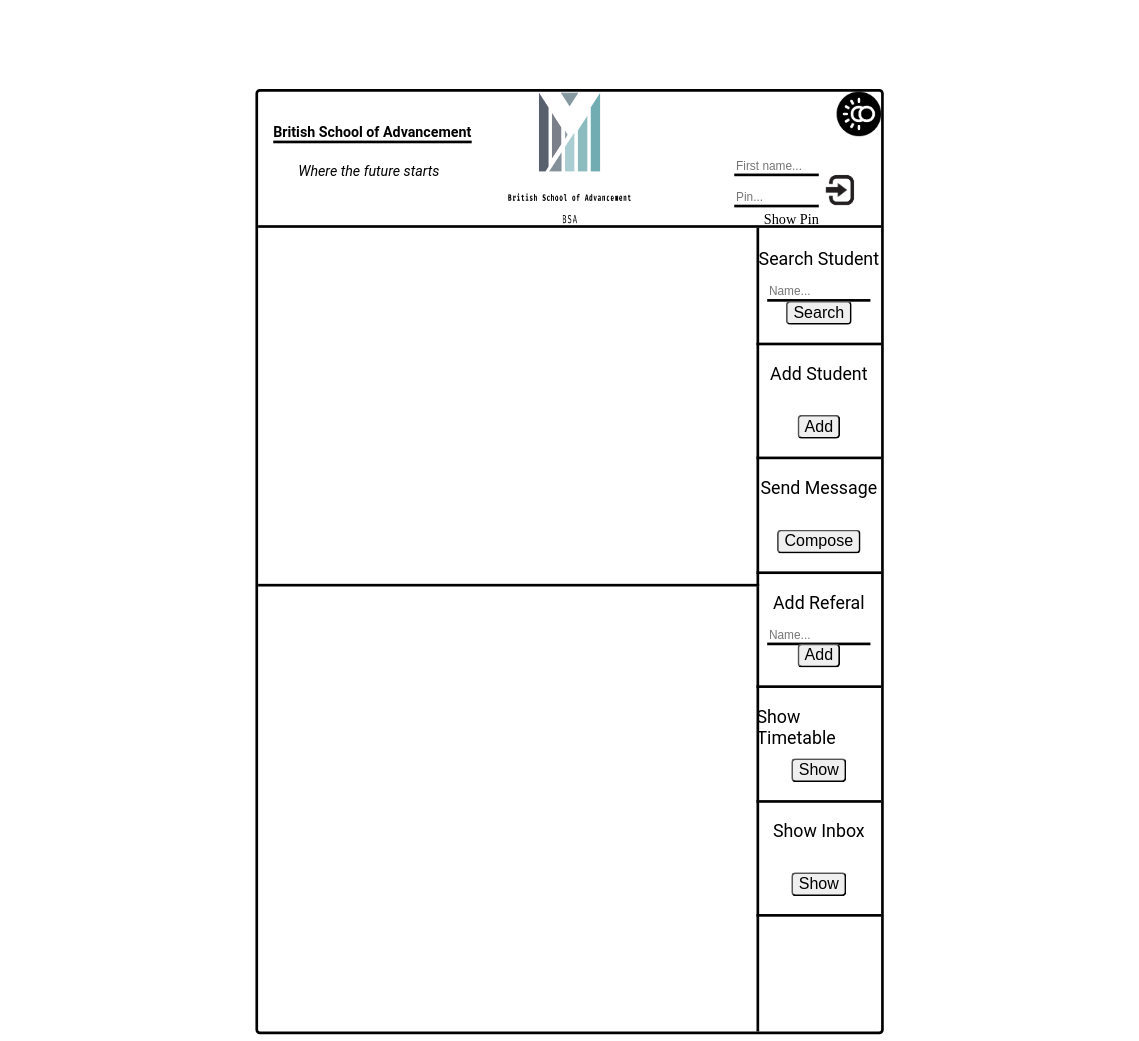
Repository: ghend99/Guardian-Application
Page: index.html
The author's editor kept a copy of each file at every save. The page is drawn from the files as they stood at one save, then again after the next save.
The browser window is 1280 px wide. The pictures show the whole page, at 89% of full size.

Above is the page before, as saved 2023-06-06 18:50:17.

### index.html
<!DOCTYPE html>
<html lang="en">
  <head>
    <meta charset="UTF-8" />
    <meta http-equiv="X-UA-Compatible" content="IE=edge" />
    <meta name="viewport" content="width=device-width, initial-scale=1.0" />
    <title>School Application</title>
    <link rel="stylesheet" href="style.css" />
    <link rel="icon" type="image/x-icon" href="./images/favicon.png" />
  </head>
  <body>
    <div id="main-container">
      <div id="header-container">
        <div id="header-container-left-section">
          <p id="header-school-name" class="page-headers">
            British School of Advancement
          </p>
          <p id="header-school-slogan" class="page-headers">
            Where the future starts
          </p>
        </div>
        <div id="header-container-middle-section">
          <img class="header-middle-section-logo" src="./images/logo.png" />
        </div>
        <div id="header-container-right-section">
          <input
            id="header-login-input-fullname"
            class="login-input-fullname login-input input"
            type="text"
            placeholder="First name..."
          />
          <input
            id="header-login-input-pin"
            class="login-input-pin login-input input"
            placeholder="Pin..."
            type="password"
          />
          <p id="show-pin-header">Show Pin</p>
          <img
            id="header-login-button"
            class="login-button"
            src="./images/login-button.png"
          />
          <img class="header-dark-mode-toggle" src="./images/dark-mode.png" />
          <img class="login-modal-open" src="./images/login.png" />
        </div>
      </div>
      <div id="sidebar-container">
        <div id="sidebar-link-container1" class="sidebar-link-container">
          <p class="sidebar-link-header page-headers">Search Student</p>
          <input class="sidebar-input input" placeholder="Name..." />
          <button class="sidebar-search-button submit-button">Search</button>
        </div>
        <div id="sidebar-link-container2" class="sidebar-link-container">
          <p class="sidebar-link-header page-headers">Add Student</p>
          <button id="add-student" class="sidebar-search-button submit-button">
            Add
          </button>
        </div>
        <div id="sidebar-link-container3" class="sidebar-link-container">
          <p class="sidebar-link-header page-headers">Send Message</p>
          <button
            id="compose-message-open"
            class="sidebar-search-button submit-button"
          >
            Compose
          </button>
        </div>
        <div id="sidebar-link-container4" class="sidebar-link-container">
          <p class="sidebar-link-header page-headers">Add Referal</p>
          <input
            id="add-referal-fullname"
            class="sidebar-input input"
            placeholder="Name..."
          />
          <button id="add-referal" class="sidebar-search-button submit-button">
            Add
          </button>
        </div>
        <div id="sidebar-link-container5" class="sidebar-link-container">
          <p
            id="show-timetable-heading"
            class="sidebar-link-header page-headers"
          >
            Show Timetable
          </p>
          <button
            id="timetable-open"
            class="sidebar-search-button submit-button"
          >
            Show
          </button>
        </div>
        <div id="sidebar-link-container6" class="sidebar-link-container">
          <p class="sidebar-link-header page-headers">Show Inbox</p>
          <button id="inbox-open" class="sidebar-search-button submit-button">
            Show
          </button>
        </div>
        <div id="sidebar-link-container7" class="sidebar-link-container">
          <p class="sidebar-link-header page-headers">Update Timetable</p>
          <button
            id="update-timetable"
            class="sidebar-search-button submit-button"
          >
            Show
          </button>
        </div>
      </div>
      <img id="sidebar-open" src="./images/menu.png" />
      <img id="sidebar-close" src="./images/menu.png" />

      <div id="student-information-container">
        <h1
          id="student-information-name-header"
          class="student-information page-headers"
        >
          Student Name:
        </h1>
        <h3 class="student-information student-information-general-header">
          General Information
        </h3>
        <p id="student-information-first-name" class="student-information">
          First Name:
        </p>
        <p id="student-information-last-name" class="student-information">
          Last Name:
        </p>
        <p id="student-information-year" class="student-information">
          Year Group:
        </p>
        <p id="student-information-referals" class="student-information">
          Referals:
        </p>
        <p id="password-reset" class="student-information">Reset Password</p>
      </div>

      <div id="student-management-container">
        <p class="student-management-heading"></p>
        <img id="student-management-close" src="./images/close.png" />
        <div id="timetable-container"></div>
        <div id="inbox-container">
          <div id="inbox-header">
            <p class="inbox-header-header">Date</p>
            <p class="inbox-header-header">Sender</p>
            <p class="inbox-header-header">Reciever</p>
            <p class="inbox-header-header">Subject</p>
            <p class="inbox-header-header">Message</p>
          </div>
          <div id="inbox-line">
            <p></p>
            <p></p>
            <p></p>
            <p></p>
            <p></p>
          </div>
        </div>
      </div>
    </div>

    <div id="login-modal-container">
      <h1 class="login-modal-header modal-header page-headers">Login</h1>
      <img
        id="login-modal-close"
        class="modal-close"
        src="./images/close.png"
      />
      <input
        id="login-modal-fullname"
        class="login-input-fullname login-modal-input input"
        type="text"
        placeholder="Full name..."
      />
      <input
        id="login-modal-pin"
        class="login-input-pin login-modal-input input"
        type="number"
        placeholder="Pin..."
      />
      <p id="login-modal-show-pin">Show Pin</p>
      <input id="login-modal-submit" class="submit-button" type="submit" />
    </div>

    <div id="create-account-container">
      <p id="create-account-header" class="modal-header page-headers">
        Add Student Details
      </p>
      <img
        id="create-account-close"
        class="modal-close"
        src="./images/close.png"
      />
      <input
        id="create-account-first-name"
        class="create-account-input input"
        placeholder="First name..."
      />
      <input
        id="create-account-last-name"
        class="create-account-input input"
        placeholder="Last name..."
      />
      <input
        id="create-account-year"
        class="create-account-input input"
        placeholder="Year..."
      />
      <input
        id="create-account-pin"
        class="create-account-input input"
        placeholder="Year..."
      />

      <input
        id="create-account-repin"
        class="create-account-input input"
        placeholder="Year..."
      />
      <input id="create-account-submit" class="submit-button" type="submit" />
    </div>

    <div id="compose-message-container" class="">
      <p id="compose-message-header" class="modal-header">Compose Message</p>
      <img
        id="compose-message-close"
        class="modal-close"
        src="./images/close.png"
      />
      <input
        id="compose-message-reciever"
        class="compose-message-input input"
        type="text"
        placeholder="Reciever..."
      />
      <input
        id="compose-message-title"
        class="compose-message-input input"
        type="text"
        placeholder="Subject..."
      />
      <textarea
        id="compose-message-text-area"
        placeholder="Message..."
      ></textarea>
      <input id="compose-message-submit" class="submit-button" type="submit" />
    </div>

    <div id="password-reset-container">
      <p id="password-reset-header" class="modal-header page-headers">
        Pin Reset
      </p>
      <img
        id="password-reset-close"
        class="modal-close"
        src="./images/close.png"
      />
      <input
        id="password-reset-old"
        class="password-reset-input input"
        type="number"
        placeholder="Old Pin..."
      />
      <input
        id="password-reset-new"
        class="password-reset-input input"
        type="number"
        placeholder="New Pin..."
      />
      <input
        id="password-reset-new-retype"
        class="password-reset-input input"
        type="number"
        placeholder="New Pin..."
      />
      <input id="password-reset-submit" class="submit-button" type="submit" />
    </div>
    <script src="functions.js"></script>
    <script src="elements.js"></script>
    <script src="buttons.js"></script>
    <script src="message.js"></script>
    <script src="timetable.js"></script>
  </body>
</html>

### style.css
button {
  cursor: pointer;
}

.input {
  background-color: transparent;
  text-decoration: none;
  border: none;
  border-bottom: solid;
  outline: none;
}

.page-headers {
  font-family: "Roboto", Arial;
}

.modal-header {
  font-size: 30px;
  font-weight: bold;
  margin-top: 10px;
}

.dark-mode {
  background-color: black;
  color: white;
  border: solid;
  border-radius: 5px;
}

.input-dark-mode {
  color: white;
  border-color: white;
}

.button-dark-mode {
  color: white;
  background-color: black;
}

#main-container {
  position: relative;
  left: 50%;
  transform: translate(-50%);
  max-width: 50%;
  min-width: 700px;
  max-height: 1200px;
  min-height: 1000px;
  margin-top: 100px;
  border: solid;
  border-radius: 5px;
}

#header-container {
  display: grid;
  grid-template-columns: 1fr 1fr 1fr;
  grid-template-rows: 1fr;
  max-height: 200px;
  min-height: 150px;
  width: 100%;
  border-bottom: solid;
}

#header-school-name {
  position: absolute;
  top: 20px;
  left: 17px;
  font-size: clamp(1rem, 1vw, 2rem);
  font-weight: bold;
  border-bottom: solid;
}

#header-school-slogan {
  position: absolute;
  top: clamp(5%, 70px, 80px);
  left: clamp(45px, 5%, 70px);
  font-size: clamp(0.9rem, 1.5vw, 1rem);
  margin-top: 10px;
  font-style: italic;
}

#header-container-middle-section {
  display: flex;
  justify-content: center;
}

.header-middle-section-logo {
  width: 60%;
}

#header-login-input-fullname {
  position: absolute;
  top: 75px;
  width: 13%;
  right: 10%;
}

#header-login-input-pin {
  position: absolute;
  top: 110px;
  width: 13%;
  right: 10%;
}

#show-pin-header {
  position: absolute;
  top: 135px;
  right: 10%;
  margin: 0;
}

#header-login-button {
  position: absolute;
  width: 50px;
  right: 3%;
  top: 85px;
  cursor: pointer;
}

.header-dark-mode-toggle {
  position: absolute;
  width: 50px;
  top: 0;
  right: 0;
  cursor: pointer;
}

.login-modal-open {
  display: none;
}

#sidebar-container {
  position: absolute;
  display: grid;
  grid-template-columns: 1fr;
  grid-template-rows: 1fr 1fr 1fr 1fr 1fr 1fr 1fr;
  right: 0;
  bottom: 0;
  max-width: 30%;
  min-width: 20%;
  max-height: 1000px;
  min-height: 900px;
}

#sidebar-link-container1 {
  justify-content: center;
}

/* #sidebar-link-container6 {
  border-bottom: none;
} */

#sidebar-link-container7 {
  display: none;
  border-bottom: none;
}

.sidebar-link-container {
  position: relative;
  display: flex;
  justify-content: center;
  border-bottom: solid;
}

.sidebar-link-header {
  position: absolute;
  font-size: 20px;
}

.sidebar-input {
  position: absolute;
  margin-top: 60px;
  width: 80%;
}

.sidebar-search-button {
  position: absolute;
  max-width: 75%;
  min-width: 30px;
  bottom: 20px;
  border-radius: 5px;
  font-size: clamp(8px, 18px, 22px);
}

#sidebar-open,
#sidebar-close {
  position: absolute;
  width: 50px;
  right: 0;
  top: 155px;
  display: none;
}

#sidebar-close {
  right: 120px;
}

#student-information-container {
  max-height: 800px;
  min-height: 400px;
  max-width: 80%;
  min-width: 50%;
  border-bottom: solid;
  border-right: solid;
}

#student-information-name-header {
  font-size: 30px;
  font-weight: bold;
  border-bottom: solid;
  width: fit-content;
  margin-left: 30px;
  margin-top: 0;
}

.student-information {
  margin-left: 40px;
  display: none;
}

.student-information-general-header {
  font-size: 24px;
  font-weight: bold;
  padding-left: 40px;
}

#password-reset {
  border-bottom: solid;
  font-weight: bold;
  width: fit-content;
  cursor: pointer;
}

#student-management-container {
  max-width: 80%;
  min-width: 50%;
  max-height: 600px;
  min-height: 500px;
  border-right: solid;
}

.student-management-heading {
  display: inline-block;
  font-size: 30px;
  margin: 0;
  margin-left: 20px;
  width: fit-content;
}

#student-management-close {
  position: absolute;
  bottom: 45.7%;
  right: 21%;
  width: 30px;
  cursor: pointer;
  display: none;
}

#timetable-container {
  position: relative;
  display: grid;
  grid-gap: 1em;
  grid-template-rows: repeat(var(--grid-rows), 1fr);
  grid-template-columns: repeat(var(--grid-cols), 1fr);
  /* top: 50px; */
  overflow: scroll;
  max-height: 90%;
  min-height: 466px;
  /* max-width: 99.6%;
  min-width: 250px; */
  display: none;
}

:root {
  --grid-cols: 1;
  --grid-rows: 1;
}

.grid-item {
  padding: 1em;
  border: 1px solid #ddd;
  text-align: center;
}

#timetable-input {
  width: 100px;
}

#inbox-container {
  max-height: 90%;
  min-height: 466px;
  max-width: 99.6%;
  min-width: 250px;
  display: none;
}

#inbox-header {
  position: relative;
  display: grid;
  grid-template-columns: 1fr 1fr 1fr 1fr 1fr;
  grid-template-rows: 1fr;
  width: 100%;
  height: 50px;
  /* background-color: aqua; */
  overflow-y: auto;
  font-family: "Roboto", Arial;
}

.inbox-header-header {
  margin-top: 0;
}

#inbox-line {
  position: relative;
  display: grid;
  grid-template-columns: 1fr 1fr 1fr 1fr 1fr;
  grid-template-rows: 1fr;
  row-gap: 20px;
  width: 100%;
  height: 50px;
  /* background-color: darkorange; */
  overflow-y: auto;
  font-family: "EB Garamond", Arial;
}

#login-modal-container,
#create-account-container,
#compose-message-container,
#password-reset-container {
  position: absolute;
  left: 50%;
  top: 30%;
  transform: translate(-50%);
  text-align: center;
  border: solid;
  border-radius: 5px;
  display: none;
}

#login-modal-container {
  max-width: 40%;
  min-width: 300px;
  max-height: 400px;
  min-height: 300px;
  text-align: center;
  border: solid;
  border-radius: 5px;
  display: none;
  background-color: whitesmoke;
  cursor: pointer;
}

#login-modal-fullname {
  position: absolute;
  top: 120px;
  left: 50px;
}

#login-modal-pin {
  position: absolute;
  top: 170px;
  left: 50px;
}

#login-modal-show-pin {
  position: absolute;
  top: 200px;
  left: 50px;
  margin: 0;
  font-size: 14px;
  cursor: pointer;
}

#login-modal-submit {
  left: 15%;
}

#login-modal-submit,
#create-account-submit,
#compose-message-submit,
#password-reset-submit {
  position: absolute;
  bottom: 20px;
  max-height: 60px;
  min-height: 30px;
  max-width: 20%;
  min-width: 200px;
}

#create-account-container {
  max-width: 60%;
  min-width: 400px;
  max-height: 600px;
  min-height: 500px;
}

.create-account-input,
.compose-message-input,
.password-reset-input {
  position: absolute;
  left: 30px;
}

#create-account-first-name {
  top: 80px;
}

#create-account-last-name {
  top: 150px;
}

#create-account-year {
  top: 220px;
}

#create-account-pin {
  top: 290px;
}

#create-account-submit {
  left: 25%;
}

#create-account-repin {
  position: absolute;
  top: 360px;
  left: 30px;
}

#compose-message-container {
  max-width: 60%;
  min-width: 400px;
  max-height: 600px;
  min-height: 500px;
}

.modal-close {
  position: absolute;
  width: 30px;
  right: 0;
  top: 0;
  cursor: pointer;
}

#compose-message-reciever {
  top: 80px;
}

#compose-message-title {
  top: 130px;
}

#compose-message-text-area {
  position: absolute;
  top: 35%;
  left: 30px;
  max-height: 80%;
  min-height: 230px;
  max-width: 100%;
  min-width: 280px;
}

#compose-message-submit {
  left: 25%;
}

#password-reset-container {
  max-width: 40%;
  min-width: 300px;
  max-height: 400px;
  min-height: 300px;
}

#password-reset-new {
  top: 120px;
}

#password-reset-new-retype {
  top: 165px;
}

#password-reset-submit {
  left: 17%;
}

/* @media screen and (min-width: 0) and (max-width: 1600px) {
  #show-timetable-heading {
    font-size: 18px;
  }
} */

@media screen and (min-width: 0) and (max-width: 720px) {
  #main-container {
    max-width: 600px;
    min-width: 300px;
  }

  #header-container {
    grid-template-columns: 1fr 1fr;
  }

  .header-middle-section-logo,
  #header-login-input-fullname,
  #header-login-input-pin,
  #show-pin-header,
  #header-login-button {
    display: none;
  }

  .login-modal-open {
    position: absolute;
    display: block;
    right: 0;
    top: 100px;
    width: 50px;
  }

  #sidebar-container {
    display: none;
  }

  .sidebar-link-header {
    font-size: 12px;
  }

  #sidebar-open {
    display: block;
  }

  .student-information-name-header {
    margin-left: 15px;
  }

  .student-information-general-header {
    margin-left: 25px;
    padding: 0;
  }

  .student-information {
    margin-left: 28px;
  }
}

### buttons.js
btnDarkModeToggle.addEventListener("click", function (e) {
  e.preventDefault();
  if (darkMode === false) {
    darkModeToggle();
  } else {
    lightModeToggle();
  }
});

btnAddStudentOpen.addEventListener("click", function (e) {
  e.preventDefault();
  addStudentContainer.style.display = "block";
  mainContainer.style.filter = "blur(3px)";
});

btnAddStudentClose.addEventListener("click", function (e) {
  e.preventDefault();
  addStudentContainer.style.display = "none";
  mainContainer.style.filter = "blur(0px)";
});

btndAddStudentSubmit.addEventListener("click", function (e) {
  e.preventDefault();
  createStudent();
  addStudentFirstNameInput.value = "";
  addStudentLastNameInput.value = "";
  addStudentYearInput.value = "";
  addStudentPinInput.value = "";
  addStudentRePinInput.value = "";
});

btnLoginHeader.addEventListener("click", function (e) {
  e.preventDefault();
  login();
  studentInformation.forEach((e) => {
    e.style.display = "block";
    inboxContainer.style.display = "none";
    inboxLine.innerHTML = "";
  });
  UpdateTimetableLinkContainer.style.display = "none";
});

btnLoginModalOpen.addEventListener("click", function (e) {
  e.preventDefault();
  loginContainer.style.display = "block";
  mainContainer.style.filter = "blur(3px)";
});

btnLoginModalClose.addEventListener("click", function (e) {
  e.preventDefault();
  loginContainer.style.display = "none";
  mainContainer.style.filter = "blur(0px)";
});

btnLoginModalSubmit.addEventListener("click", function (e) {
  e.preventDefault();
  loginModal();
  studentInformation.forEach((e) => {
    e.style.display = "block";
  });
  loginContainer.style.display = "none";
  mainContainer.style.filter = "blur(0px)";
});

btnComposeMessageOpen.addEventListener("click", function (e) {
  e.preventDefault();
  if (currentAccount === undefined) {
    alert("You need to login first");
  } else {
    composeMessageContainer.style.display = "block";
    mainContainer.style.filter = "blur(3px)";
  }
});

btnComposeMessageClose.addEventListener("click", function (e) {
  composeMessageContainer.style.display = "none";
  mainContainer.style.filter = "blur(0px)";
});

btnComposeMessageSubmit.addEventListener("click", function (e) {
  e.preventDefault();
  sendMessage();
});

btnInboxOpen.addEventListener("click", function (e) {
  e.preventDefault();
  if (currentAccount === undefined) {
    alert("You need to login first");
  } else {
    timetableContainer.style.display = "none";
    inboxContainer.style.display = "block";
    studentManagementHeading.textContent = "Inbox";
    btnStudentManagementClose.style.display = "block";
  }
});

btnTimetableOpen.addEventListener("click", function (e) {
  e.preventDefault();
  if (currentAccount === undefined) {
    alert("You need to login first");
  } else {
    inboxContainer.style.display = "none";
    timetableContainer.style.display = "grid";
    UpdateTimetableLinkContainer.style.display = "flex";
    studentManagementHeading.textContent = "Timetable";
    btnStudentManagementClose.style.display = "block";
  }
});

btnStudentManagementClose.addEventListener("click", function (e) {
  timetableContainer.style.display = "none";
  inboxContainer.style.display = "none";
  studentManagementHeading.textContent = "";
  btnStudentManagementClose.style.display = "none";
});

btnUpdateTimetableLink.addEventListener("click", function (e) {
  updateTimetableLink();
});

btnSidebarOpen.addEventListener("click", function (e) {
  e.preventDefault();
  sidebarContainer.style.display = "grid";
  btnSidebarOpen.style.display = "none";
  btnSidebarClose.style.display = "block";
});

btnSidebarClose.addEventListener("click", function (e) {
  e.preventDefault();
  sidebarContainer.style.display = "none";
  btnSidebarOpen.style.display = "block";
  btnSidebarClose.style.display = "none";
});

### message.js
const sendMessage = function () {
  const message = composeMessageText.value;
  const subject = composeMessageSubject.value;
  const reciever = composeMessageReciever.value;
  const target = students.find((stu) => stu.fullName === `${reciever}`);
  const date = new Date(Date.now()).toLocaleString();
  console.log(date);
  console.log(message, subject, reciever, target);
  if (target === undefined) {
    alert("Not a valid message reciercer");
  } else {
    target.inbox.push(message);
    target.from.push(currentAccount.fullName);
    target.subject.push(subject);
    target.date.push(date);
    // currentAccount.sent.push(message);
    // currentAccount.date.push(date);
    composeMessageReciever.value = "";
    composeMessageText.value = "";
    composeMessageSubject.value = "";
    localStorage.setItem("students", JSON.stringify(students));
    alert("Message Sent");
    // updateInbox(target, currentAccount, message, subject);
  }
};

// const updateInbox = function (target, currentAccount, message, subject) {
//   const html = ` <div id="inbox-line">
//   <p>${new Date(Date.now()).toLocaleString()}</p>
//   <p>${currentAccount.fullName}</p>
//   <p>${target.fullName}</p>
//   <p>${subject}</p>
//   <p>${message}</p>
// </div>
//   `;
//   inboxLine.insertAdjacentHTML("beforebegin", html);
// };

const updateInboxLoad = function (target) {
  getStudentsLocalStorage();
  for (let i = 0; i < currentAccount.inbox.length; i++) {
    const html = `<div id="inbox-line">
  <p>${currentAccount.date[i]}</p>
  <p>${currentAccount.from[i]}</p>
  <p>${currentAccount.fullName}</p>
  <p>${currentAccount.subject[i]}</p>
  <p>${currentAccount.inbox[i]}</p>
</div>
  `;
    inboxLine.insertAdjacentHTML("beforebegin", html);
  }
};
// updateInboxLoad();

Loaded but not shown: timetable.js (295 lines, source omitted); functions.js (221 lines, source omitted); elements.js (99 lines, source omitted)

After the next save:
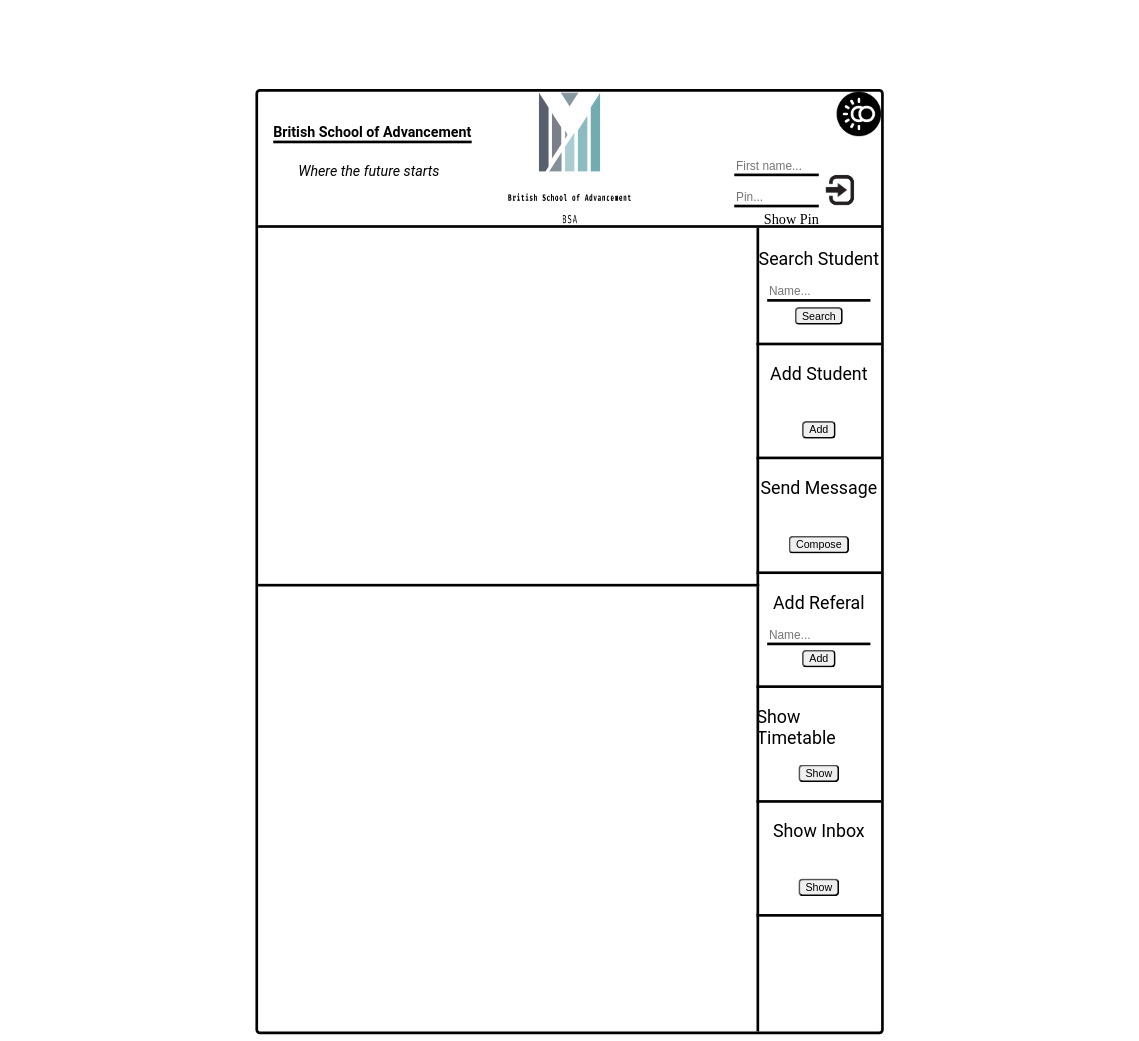
Saved 8 s later.
--- a/style.css
+++ b/style.css
@@ -178,7 +178,7 @@ button {
   min-width: 30px;
   bottom: 20px;
   border-radius: 5px;
-  font-size: clamp(8px, 18px, 22px);
+  font-size: clamp(8px, 12px, 18px);
 }
 
 #sidebar-open,
